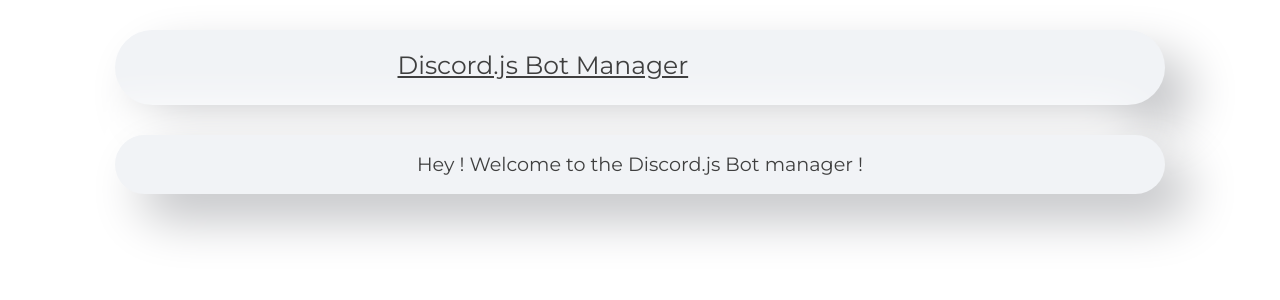
Repository: O-Schell/Discord-Bot-Manager
Page: Web_Interface/main.HTML
These files come from the project's save history. The page is drawn as it stood at one moment and after the next save; the edit follows.
The browser window is 1280 px wide. The pictures show the whole page.
The style sheet was rebuilt from its Sass, Less or Tailwind sources for each picture, by a compiler version that may differ from the author's.

Above is the page before, as saved 2020-11-24 21:28:26.

### Web_Interface/main.HTML
<!DOCTYPE html>
<html lang="fr">

<head>
  <meta charset="utf-8" />
  <title>Bot Manager</title>
  <link rel="stylesheet" href="style.css" />
  <link rel="stylesheet" href="https://maxcdn.bootstrapcdn.com/bootstrap/4.5.2/css/bootstrap.min.css">
  <script src="https://ajax.googleapis.com/ajax/libs/jquery/3.5.1/jquery.min.js"></script>
  <script src="https://cdnjs.cloudflare.com/ajax/libs/popper.js/1.16.0/umd/popper.min.js"></script>
  <script src="https://maxcdn.bootstrapcdn.com/bootstrap/4.5.2/js/bootstrap.min.js"></script>
  <!--<script src="script.js"></script>-->
</head>



<body>
  <div class="container">
    <div class="neumorphism">
      <div class="center-div">
        <div class="title">
          <h1><u>Discord.js Bot Manager</u></h1>
        </div>
      </div>
    </div>
    <div class="neumorphism">
      <div class="center-div">
        <div class="undertitle">
          <div class="center-text">Hey ! Welcome to the Discord.js Bot manager !
          </div>
        </div>
      </div>
    </div>
  </div>

</body>

</html>

### Web_Interface/style.scss
@import url("https://fonts.googleapis.com/css?family=Montserrat:400,700&display=swap");
@import url("https://unpkg.com/bootstrap@3.3.7/dist/css/bootstrap.min.css");

$mainC: #f1f3f6;
$secC: #9dabc0;

body {
  background: $mainC;
}

.center-div {
  margin: auto;
  width: 50%;
  padding: 10px;
}

.center-text {
  text-align: center;
}

.title {
  padding: 10px 10px;
  font-size: vw;
  width: max-content;
  font-family: "Montserrat";
  color: #3f3f3f;
}

.undertitle {
  padding: 5px 5px;
  font-size: 1.5vw;
  font-family: "Montserrat";
  color: #3f3f3f;
}

.neumorphism {
  margin: 30px;
  border-radius: 50px;
  background: #f1f3f6;
  box-shadow: 25px 25px 50px #c1c2c5, -25px -25px 50px #ffffff;
}

After the next save:
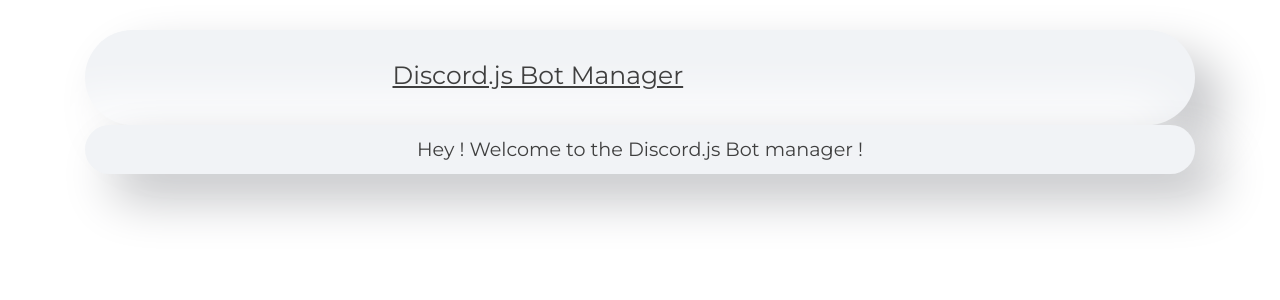
Saved 13 s later.
--- a/Web_Interface/style.scss
+++ b/Web_Interface/style.scss
@@ -6,6 +6,10 @@
 
 body {
   background: $mainC;
+}
+
+.container{
+  margin: 30px;
 }
 
 .center-div {
@@ -19,22 +23,21 @@
 }
 
 .title {
+  margin: 10px;
   padding: 10px 10px;
-  font-size: vw;
+  font-size: 3vw;
   width: max-content;
   font-family: "Montserrat";
   color: #3f3f3f;
 }
 
 .undertitle {
-  padding: 5px 5px;
   font-size: 1.5vw;
   font-family: "Montserrat";
   color: #3f3f3f;
 }
 
 .neumorphism {
-  margin: 30px;
   border-radius: 50px;
   background: #f1f3f6;
   box-shadow: 25px 25px 50px #c1c2c5, -25px -25px 50px #ffffff;
